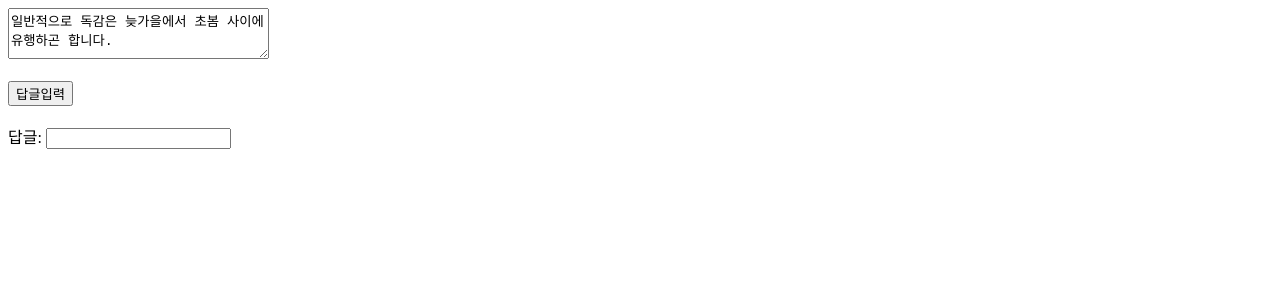
Repository: suhong99/JqueryLecture
Page: sample02/src/main/webapp/index.html
The author's editor kept a copy of each file at every save. The page is drawn from the files as they stood at one save, then again after the next save.
The browser window is 1280 px wide. The pictures show the whole page.
After loading, the first visible `#answer` was clicked once.

Above is the page before, as saved 2023-06-26 04:13:09.

After the next save:
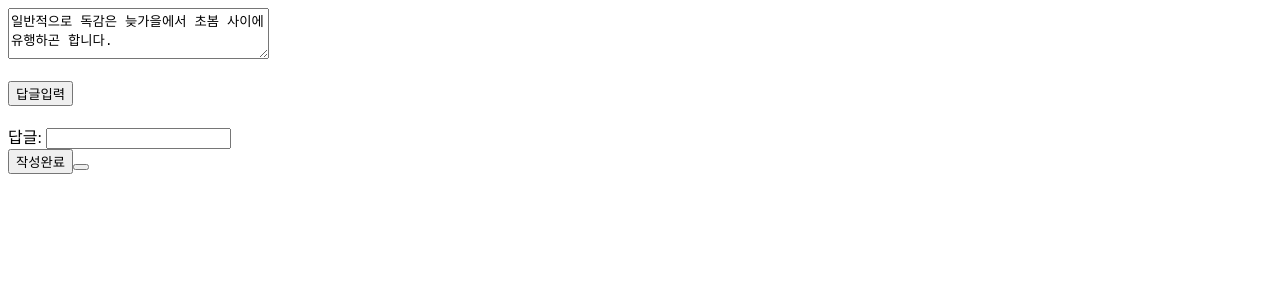
Saved 2 min 43 s later.
--- a/sample02/src/main/webapp/index.html
+++ b/sample02/src/main/webapp/index.html
@@ -26,6 +26,9 @@ $(document).ready(function(){
 	$("#answer").click(function(){
 		let input= "<br>답글: <input type='text' id='answerText'>";
 		$("#answerForm").append(input);
+
+		let answerBtn="<br><button type='button' id='answerBtn'>작성완료<button>"
+		$("#answerForm").append(answerBtn)
 	})
 });
 </script>
